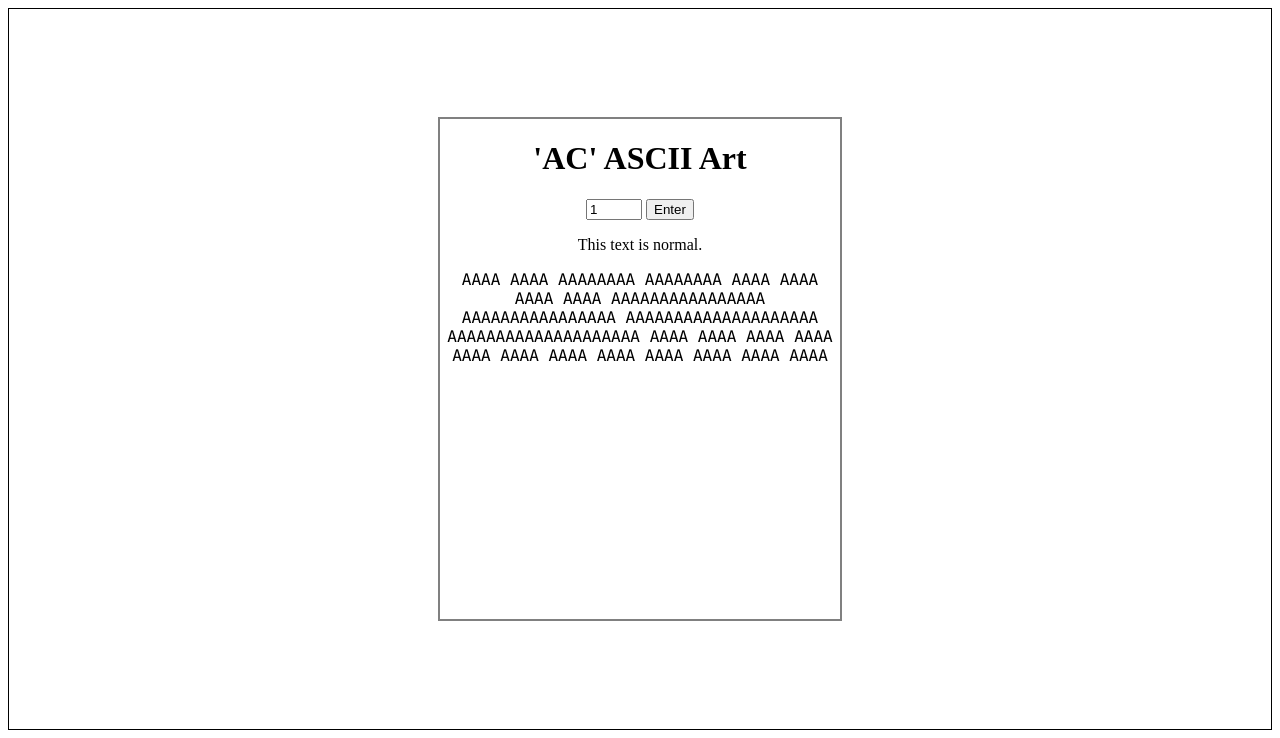
Repository: Achorn/ascii-art
Page: index.html
These files come from the project's save history. The page is drawn as it stood at one moment and after the next save; the edit follows.
The browser window is 1280 px wide. The pictures show the whole page.

Above is the page before, as saved 2021-08-09 13:57:45.

After the next save:
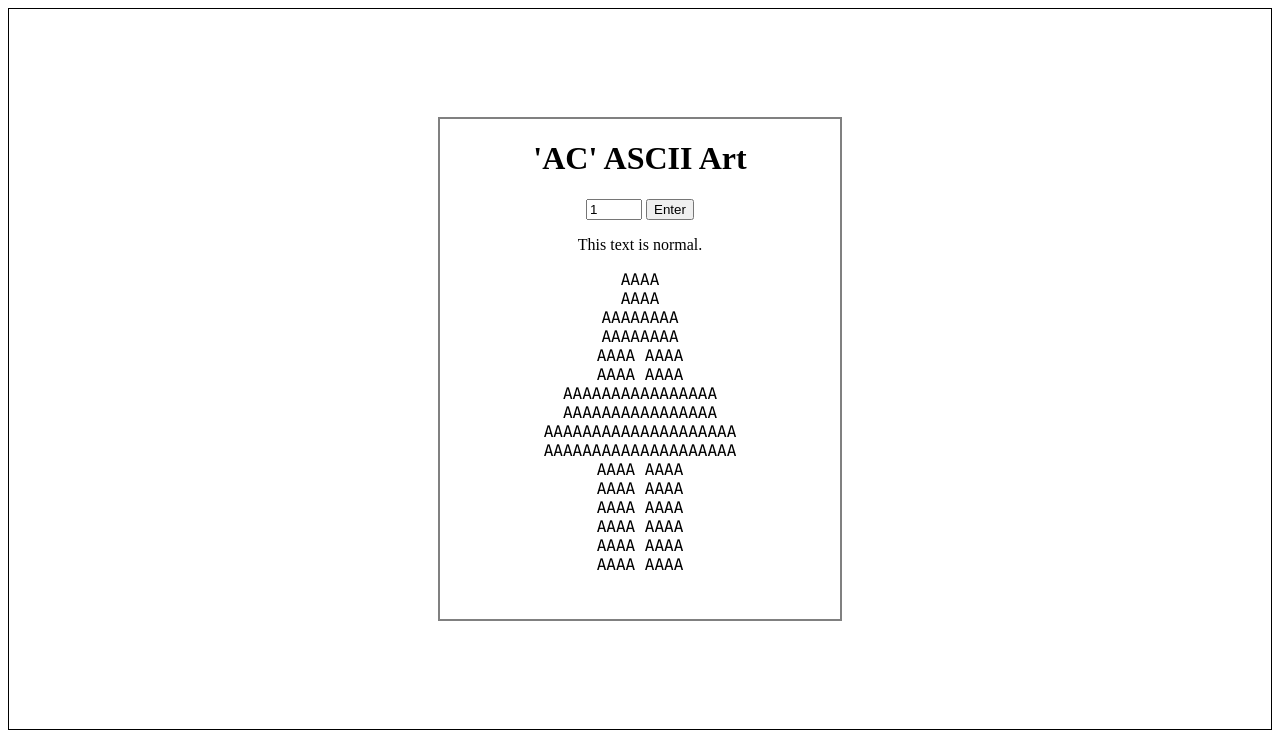
Saved 25 s later.
--- a/myscripts.js
+++ b/myscripts.js
@@ -185,7 +185,7 @@ mono.innerHTML = eight.join();
 mono.innerHTML = "";
 
 for (let i = 0; i < sixteen.length; i++) {
-  mono.innerHTML += sixteen[i].join("") + "\n";
+  mono.innerHTML += sixteen[i].join("") + "<br>";
   // console.log(sixteen[i].join(""));
   // console.log("\n");
 }
